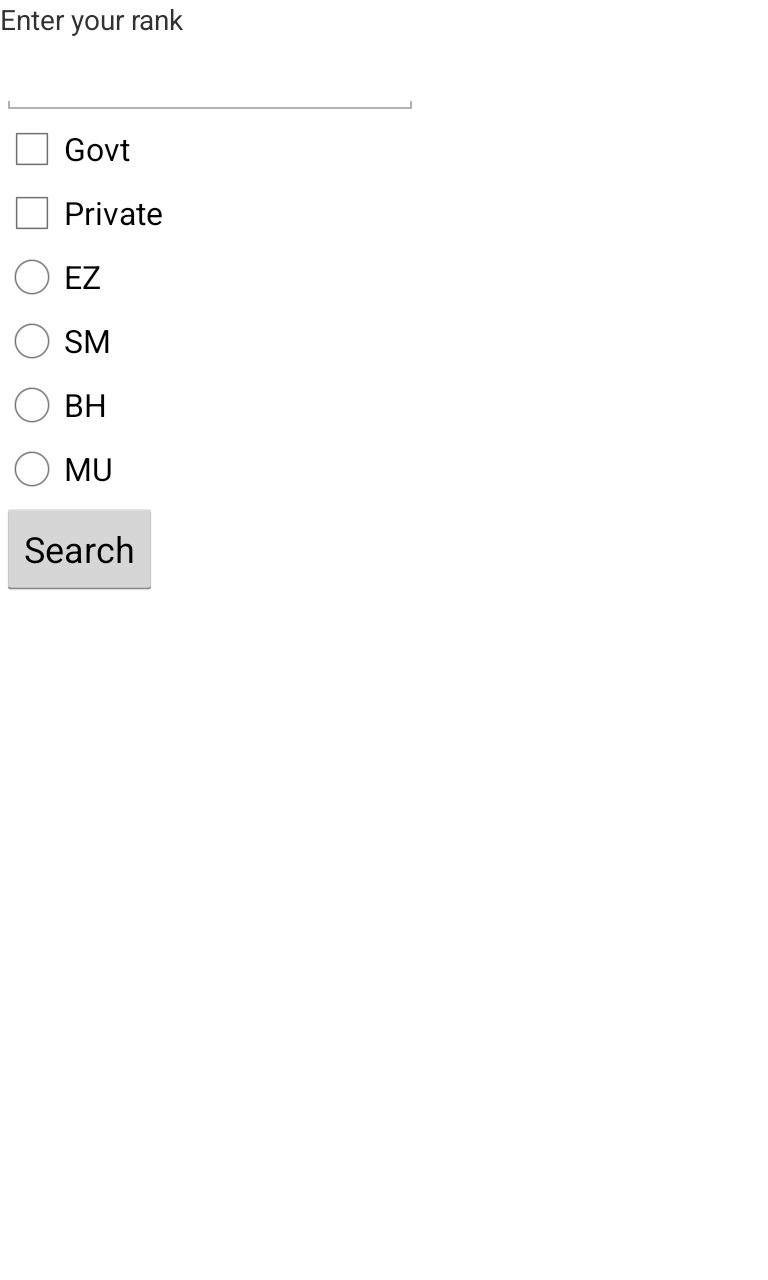
Repository: sandeepsas/Keam360
Layout: KEAM360/res/layout/activity_main.xml
These files come from the project's save history. The layout is drawn as it stood at one moment and after the next save; the edit follows.
It is drawn on a 768 x 1280 px phone screen (xhdpi) without system bars, with theme AppTheme; the app's code is not run.

Above is the layout before, as saved 2015-08-02 23:52:35.

After the next save:
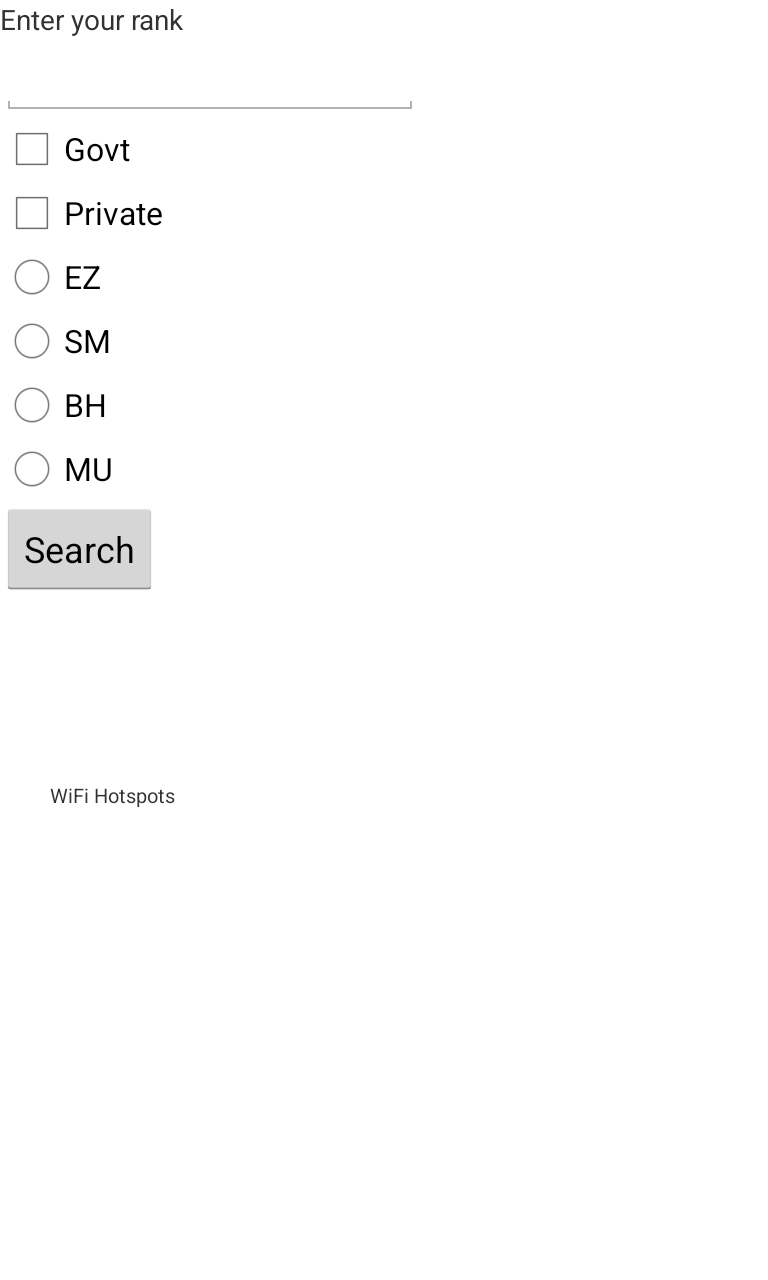
Saved 4 min 40 s later.
--- a/KEAM360/res/layout/activity_main.xml
+++ b/KEAM360/res/layout/activity_main.xml
@@ -62,10 +62,30 @@
         android:layout_height="wrap_content"
         android:layout_marginBottom="68dp"
         android:text="Search" />
-    <TextView
-        android:id="@+id/txtview"
+
+     <ScrollView
+        android:id="@+id/scrollView1"
         android:layout_width="wrap_content"
         android:layout_height="wrap_content"
-        android:text="" />
+        android:layout_alignParentLeft="true"
+        android:layout_below="@+id/uid"
+        android:layout_marginLeft="25dp"
+        android:layout_marginTop="24dp" >
+
+        <LinearLayout
+            android:layout_width="match_parent"
+            android:layout_height="match_parent"
+            android:orientation="vertical" >
+
+            <TextView
+		        android:id="@+id/txtview"
+		        android:layout_width="wrap_content"
+		        android:layout_height="wrap_content"
+		        android:enabled="true"
+		        android:text="WiFi Hotspots"
+		        android:textSize="10dp" />
+
+        </LinearLayout>
+    </ScrollView>
 
 </LinearLayout>

After the save that followed:
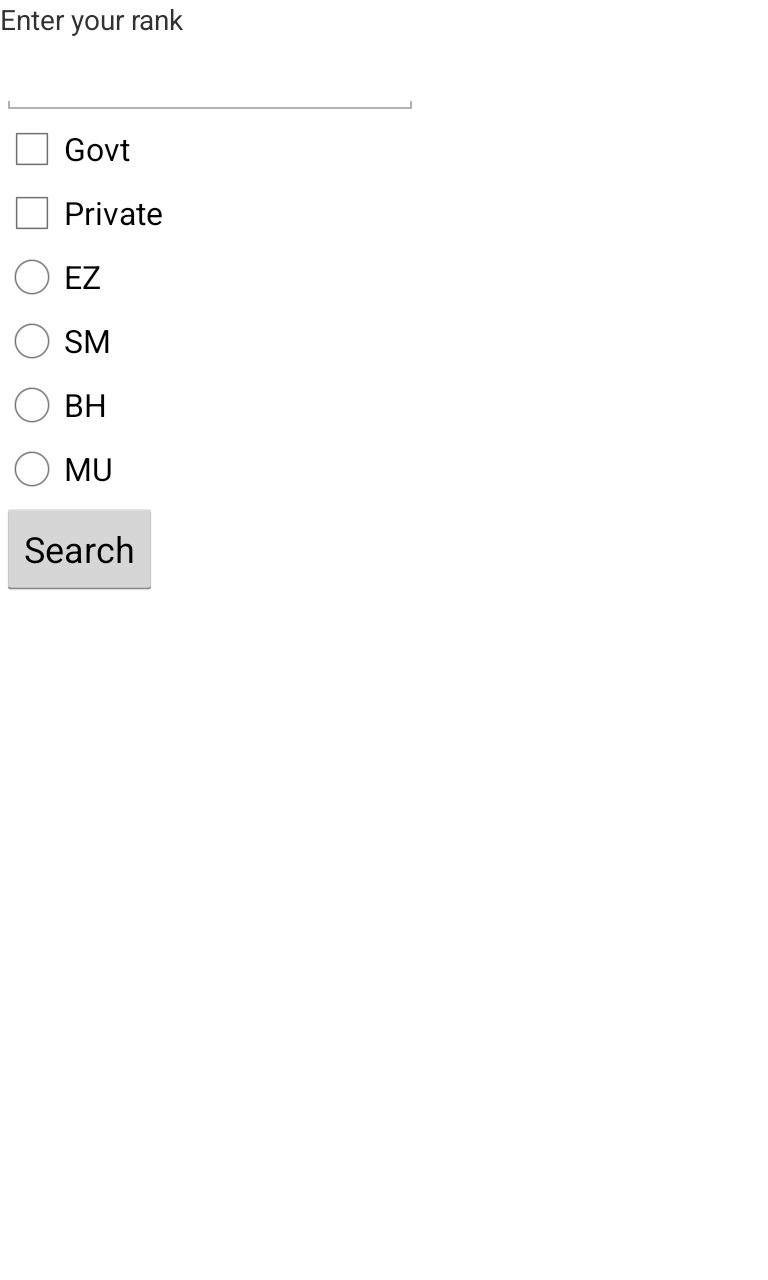
Saved 5 s later.
--- a/KEAM360/res/layout/activity_main.xml
+++ b/KEAM360/res/layout/activity_main.xml
@@ -82,7 +82,7 @@
 		        android:layout_width="wrap_content"
 		        android:layout_height="wrap_content"
 		        android:enabled="true"
-		        android:text="WiFi Hotspots"
+		        android:text=""
 		        android:textSize="10dp" />
 
         </LinearLayout>
